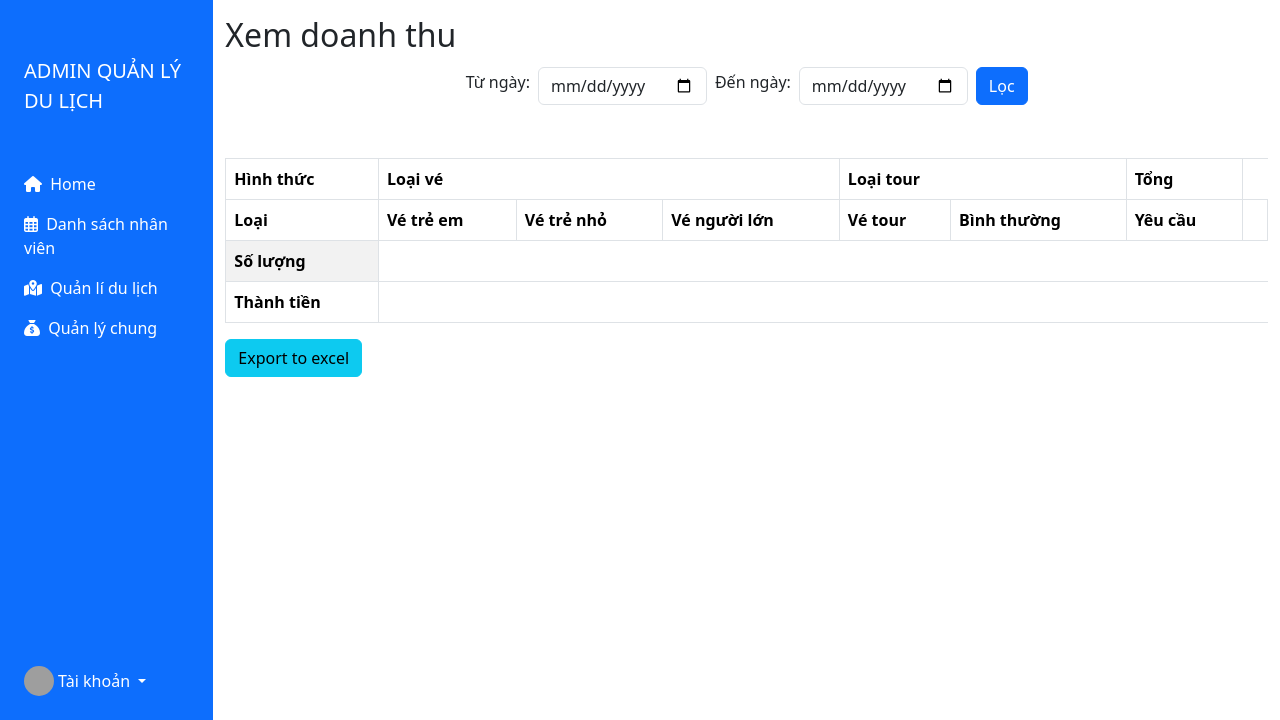
Repository: vantohuu/BOOKINGTOUR
Page: http://localhost/BOOKINGTOUR/WEB-INF/views/doanhthu/doanhthu.jsp
These files come from the project's save history. The page is drawn as it stood at one moment and after the next save; the edit follows.
The browser window is 1280 px wide. The pictures show the whole page.
Pictures or frames that could not be fetched are drawn as grey boxes. Some web libraries are served in a nearby version. The page is served by Tomcat 9. Nobody is signed in. The template is opened directly, without the code that normally fills it, so the values that code supplies are empty.

Above is the page before, as saved 2023-06-05 23:43:37.
Console error: ReferenceError: $ is not defined

After the next save:
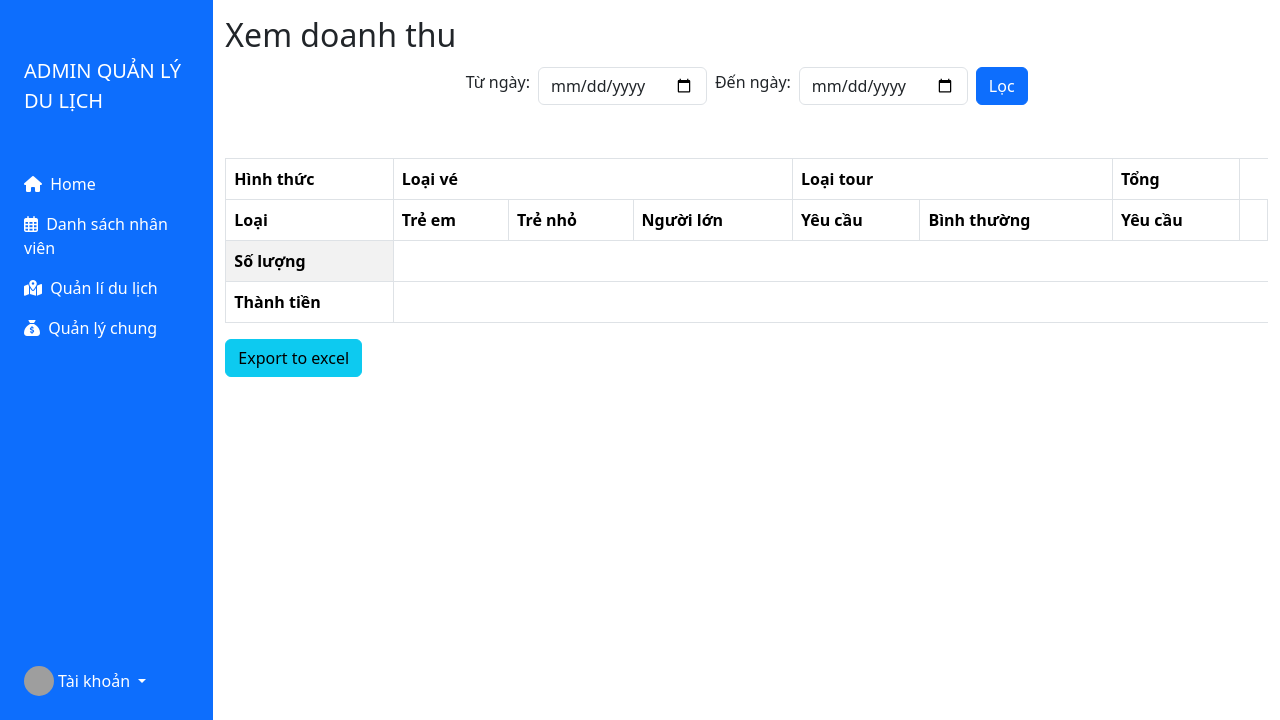
Saved 35 s later.
--- a/BOOKINGTOUR/src/main/webapp/WEB-INF/views/doanhthu/doanhthu.jsp
+++ b/BOOKINGTOUR/src/main/webapp/WEB-INF/views/doanhthu/doanhthu.jsp
@@ -48,10 +48,10 @@
 						</tr>
 						<tr>
 							<th scope="col">Loại</th>
-							<th scope="col">Vé trẻ em</th>
-							<th scope="col">Vé trẻ nhỏ</th>
-							<th scope="col">Vé người lớn</th>
-							<th scope="col">Vé tour</th>
+							<th scope="col">Trẻ em</th>
+							<th scope="col">Trẻ nhỏ</th>
+							<th scope="col">Người lớn</th>
+							<th scope="col">Yêu cầu</th>
 							<th scope="col">Bình thường</th>
 							<th scope="col">Yêu cầu</th>
 							<th scope="col"></th>
